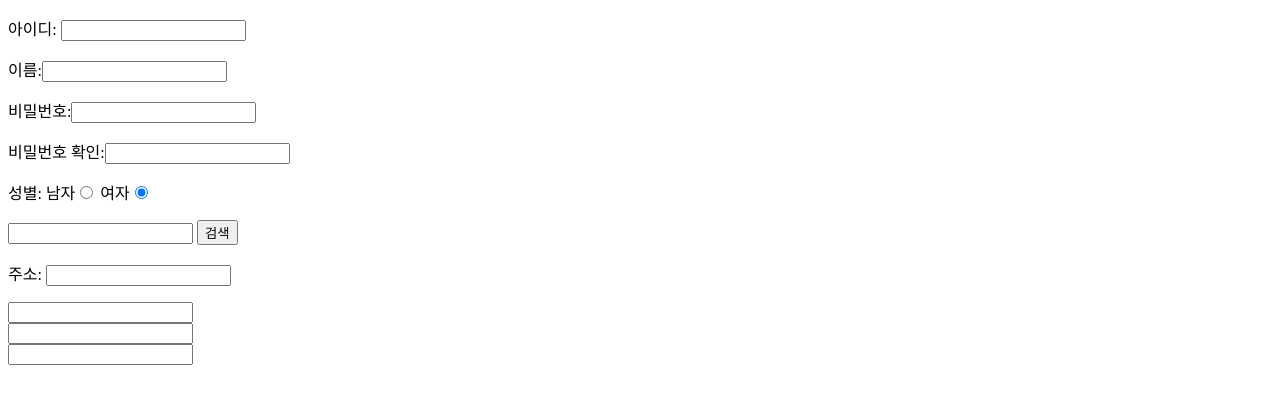
Repository: zoselakt/My_practice_JSP
Page: http://localhost/day08/join.jsp
An editor plug-in stored every save of this project. The page is shown before and after the next save, followed by the edit.
The browser window is 1280 px wide. The pictures show the whole page.
The page is served by Tomcat 9. Other server files are loaded and not shown.

Above is the page before, as saved 2022-03-01 09:00:01.

### day08/WebContent/join.jsp
<%@ page language="java" contentType="text/html; charset=UTF-8"
    pageEncoding="UTF-8"%>
<!DOCTYPE html>
<html>
<head>
<meta charset="UTF-8">
<title>회원가입</title>
</head>
<body>
	<form action="join_db.jsp" method="post" name="joinForm">
		<p>
			<label>아이디: <input type="text" name="id"></label>
		</p>

		<p id="result"></p>
		<p><label>이름:<input type="text" name="name"></label></p>
		<p><label>비밀번호:<input type="password" name="password"></label></p>
		<p><label>비밀번호 확인:<input type="password" name="password_re"></label></p>
		<p>
			성별:
			남자<input type="radio" name="gender" value="남자" checked>
			여자<input type="radio" name="gender" value="남자" checked>
		</p>

		<p>
			<label>
				<input type="text" name="" class="postcodify_postcode5" value="" />
				<button id="postcodify_search_button">검색</button><br />
			</label>
		</p>

		<p>
			<label>
				주소:
				<input type="text" name="" class="postcodify_address" value="" /><br />
			</label>
		</p>

		<p>
			<label>

			</label>
		</p>
<input type="text" name="" class="postcodify_address" value="" /><br />
<input type="text" name="" class="postcodify_details" value="" /><br />
<input type="text" name="" class="postcodify_extra_info" value="" /><br />
	</form>
</body>
</html>

After the next save:
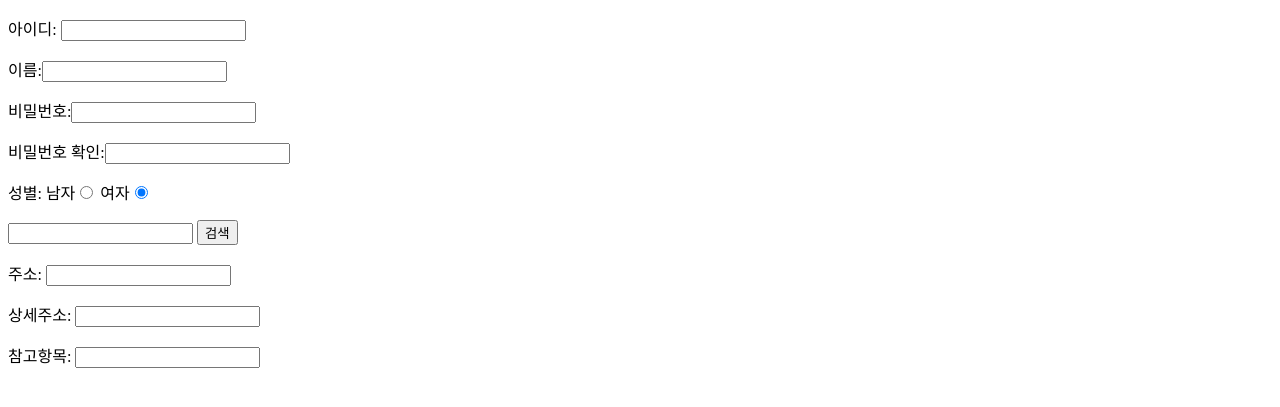
Saved 39 s later.
--- a/day08/WebContent/join.jsp
+++ b/day08/WebContent/join.jsp
@@ -38,12 +38,17 @@
 
 		<p>
 			<label>
-
+				상세주소:
+				<input type="text" name="" class="postcodify_details" value="" /><br />
 			</label>
 		</p>
-<input type="text" name="" class="postcodify_address" value="" /><br />
-<input type="text" name="" class="postcodify_details" value="" /><br />
-<input type="text" name="" class="postcodify_extra_info" value="" /><br />
+		<p>
+			<label>
+				참고항목:
+				<input type="text" name="" class="postcodify_extra_info" value="" /><br />
+			</label>
+		</p>
+
 	</form>
 </body>
 </html>
